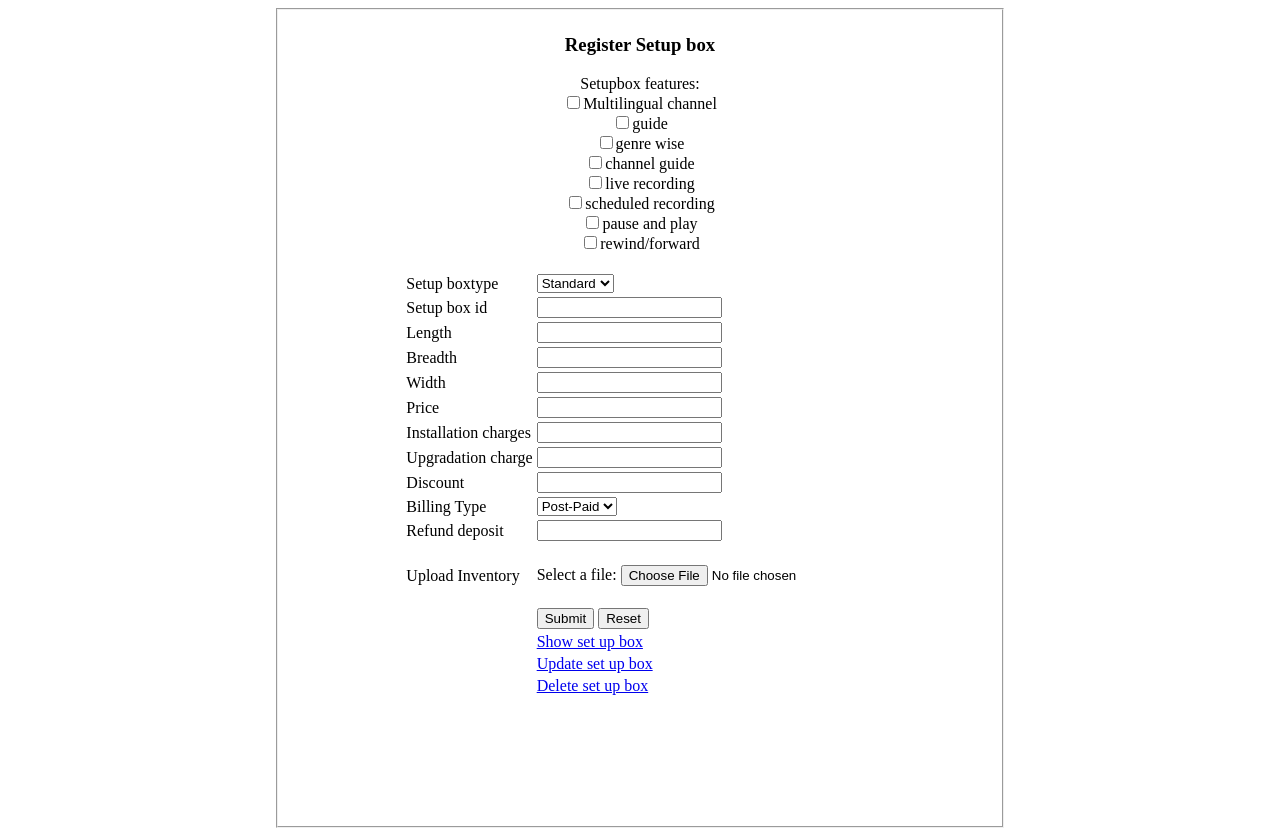
Repository: a18wheeler/TCS-Edison
Page: http://localhost/DTH1/
An editor plug-in stored every save of this project. The page is shown before and after the next save, followed by the edit.
The browser window is 1280 px wide. The pictures show the whole page.
The page is served by Tomcat 9.

Above is the page before, as saved 2019-10-16 17:56:43.

After the next save:
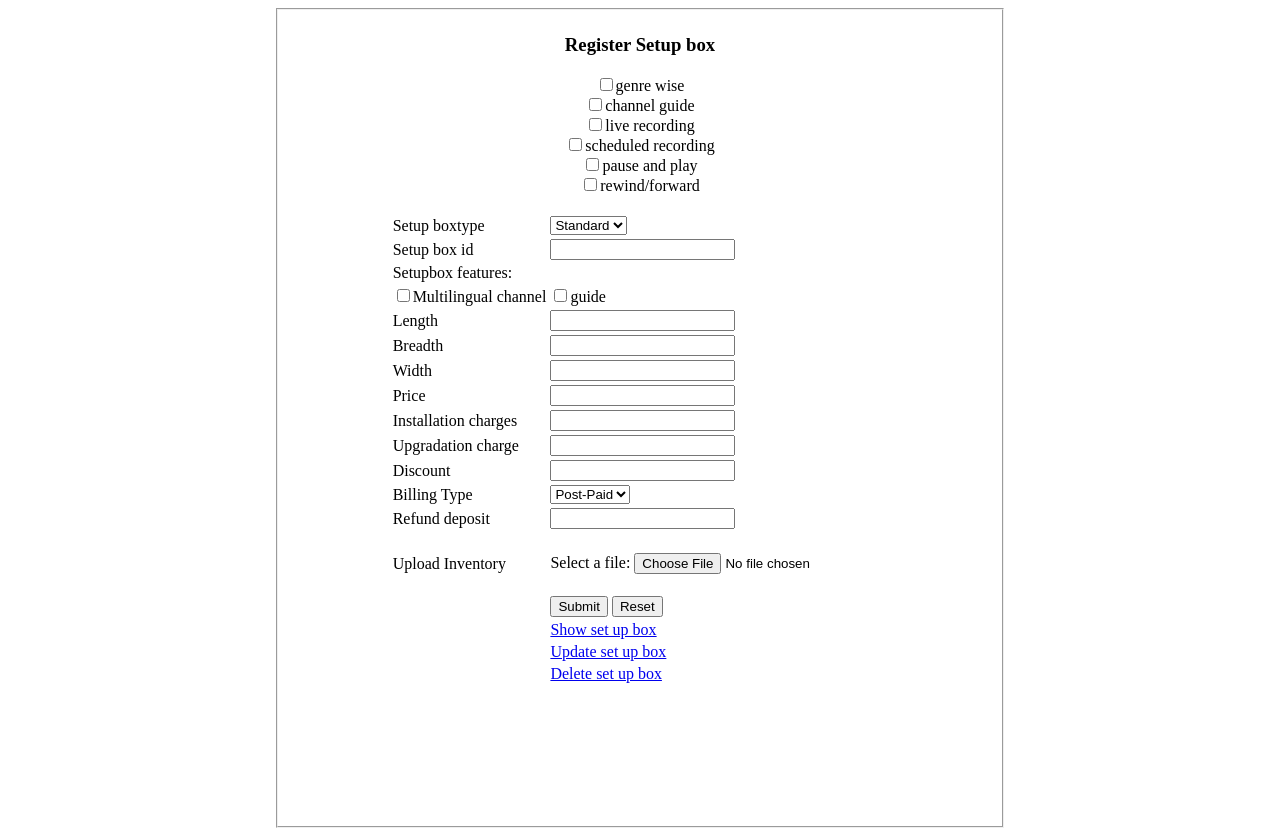
Saved 99 s later.
--- a/playground/DTH1/WebContent/index.jsp
+++ b/playground/DTH1/WebContent/index.jsp
@@ -67,9 +67,11 @@ Setup box id
 <input type ="text" name="id">
 </td>
 </tr>
-Setupbox features:<br>
-<input type="checkbox" name="lang" value="Multilingual channel" />Multilingual channel<br>
-<input type="checkbox" name="lang" value="guide" />guide<br>
+<tr><td>
+Setupbox features:<br></tr></td>
+<td>
+<input type="checkbox" name="lang" value="Multilingual channel" />Multilingual channel<br></td>
+<td><input type="checkbox" name="lang" value="guide" />guide<br></td>
 <input type="checkbox" name="lang" value="genre wise"/ >genre wise<br>
 <input type="checkbox" name="lang" value="channel guide"/>channel guide<br>
 <input type="checkbox" name="lang" value=" live recording"/>live recording<br>
